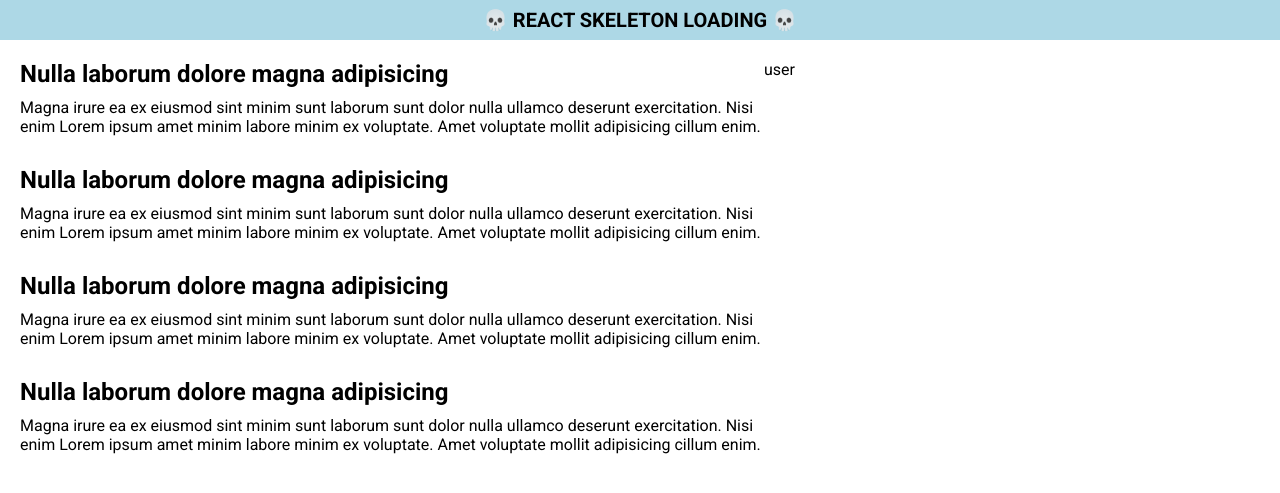
Repository: ethanJones21/React-Skeleton-Loading
Page: /
These files come from the project's save history. The page is drawn as it stood at one moment and after the next save; the edit follows.
The browser window is 1280 px wide. The pictures show the whole page.
The project was rebuilt for these pictures with package versions that can differ from the ones it lists, and the page was loaded fresh each time.

Above is the page before, as saved 2020-11-26 02:12:08.

### public/index.html
<!DOCTYPE html>
<html lang="en">
  <head>
    <meta charset="utf-8" />
    <link rel="icon" href="%PUBLIC_URL%/favicon.ico" />
    <meta name="viewport" content="width=device-width, initial-scale=1" />
    <meta name="theme-color" content="#000000" />
    <meta name="description" content="React skeleton loading" />
    <link rel="preconnect" href="https://fonts.gstatic.com" />
    <link
      href="https://fonts.googleapis.com/css2?family=Roboto:wght@100;300;400;500;700;900&display=swap"
      rel="stylesheet"
    />
    <title>React Skeleton</title>
  </head>
  <body>
    <noscript>You need to enable JavaScript to run this app.</noscript>
    <div id="root"></div>
  </body>
</html>

### src/App.js
import './App.css';
import Header from './components/Header';
import Posts from './components/Posts';
import User from './components/User';

function App() {
  return (
    <div className="app">
      <Header/>

      <div className="appContainer">
        <Posts/>
        <User/>
      </div>
    </div>
  );
}

export default App;

### src/App.css
*{
    margin: 0;
    font-family: 'Roboto', sans-serif;
}
.appContainer{
    display: flex;
    padding: 20px;
}

### src/components/Header.js
import React from 'react';
import "./Header.css"

const Header = () => {
    return (
        <div className="header">
            <span>💀 REACT SKELETON LOADING 💀 </span>
        </div>
    );
};

export default Header;

### src/components/Posts.js
import React from 'react';
import Post from './Post';
import "./Posts.css"

const Posts = () => {
    return (
        <div className="posts">
            <Post/>
            <Post/>
            <Post/>
            <Post/>
        </div>
    );
};

export default Posts;

### src/components/User.js
import React from 'react';
import "./User.css"

const User = () => {
    return (
        <div className="user">
            user
        </div>
    );
};

export default User;

### src/components/Header.css
.header{
    display: flex;
    align-items: center;
    justify-content: center;
    height: 40px;
    width: 100%;
    background-color: lightblue;
    font-weight: 600;
    font-size: 20px;
}

### src/components/Post.js
import React from "react";
import "./Post.css";

const Post = () => {
  return (
    <div className="post">
      <h2 className="postTitle">
        Nulla laborum dolore magna adipisicing
      </h2>
      <p className="postDesc">
        Magna irure ea ex eiusmod sint minim sunt laborum sunt dolor nulla
        ullamco deserunt exercitation. Nisi enim Lorem ipsum amet minim labore
        minim ex voluptate. Amet voluptate mollit adipisicing cillum enim.
      </p>
    </div>
  );
};

export default Post;

### src/components/Posts.css
.posts{
    flex: 0.6;
}

### src/components/User.css
.user {
  flex: 0.4;
}

### src/components/Post.css
.post{
    margin-bottom: 30px;
}

.postTitle{
    margin-bottom: 10px;
}

Loaded but not shown: src/index.js (common file)

After the next save:
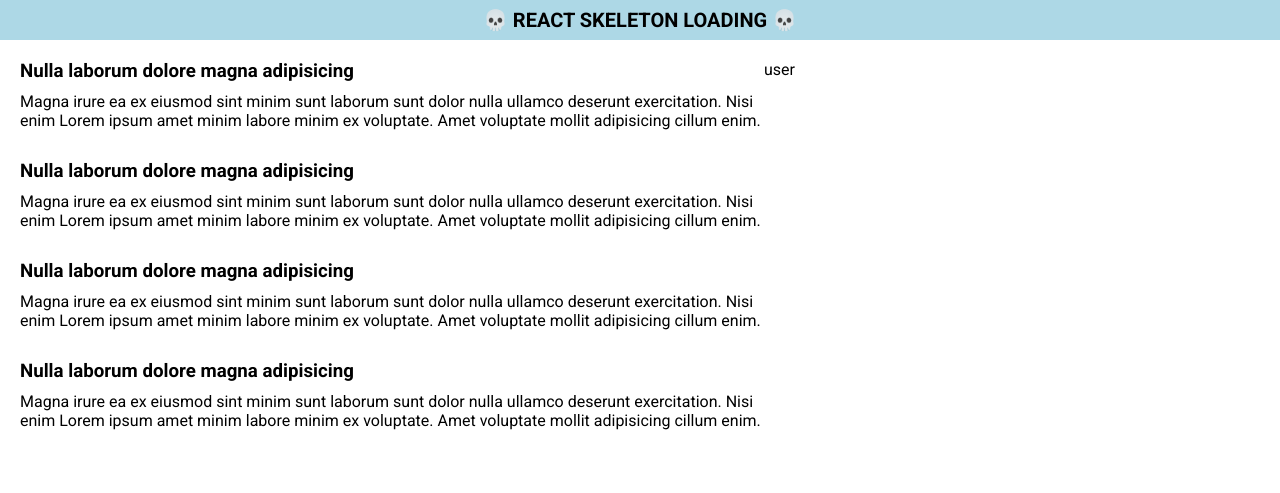
Saved 13 s later.
--- a/src/components/Post.js
+++ b/src/components/Post.js
@@ -4,9 +4,9 @@ import "./Post.css";
 const Post = () => {
   return (
     <div className="post">
-      <h2 className="postTitle">
+      <h3 className="postTitle">
         Nulla laborum dolore magna adipisicing
-      </h2>
+      </h3>
       <p className="postDesc">
         Magna irure ea ex eiusmod sint minim sunt laborum sunt dolor nulla
         ullamco deserunt exercitation. Nisi enim Lorem ipsum amet minim labore
